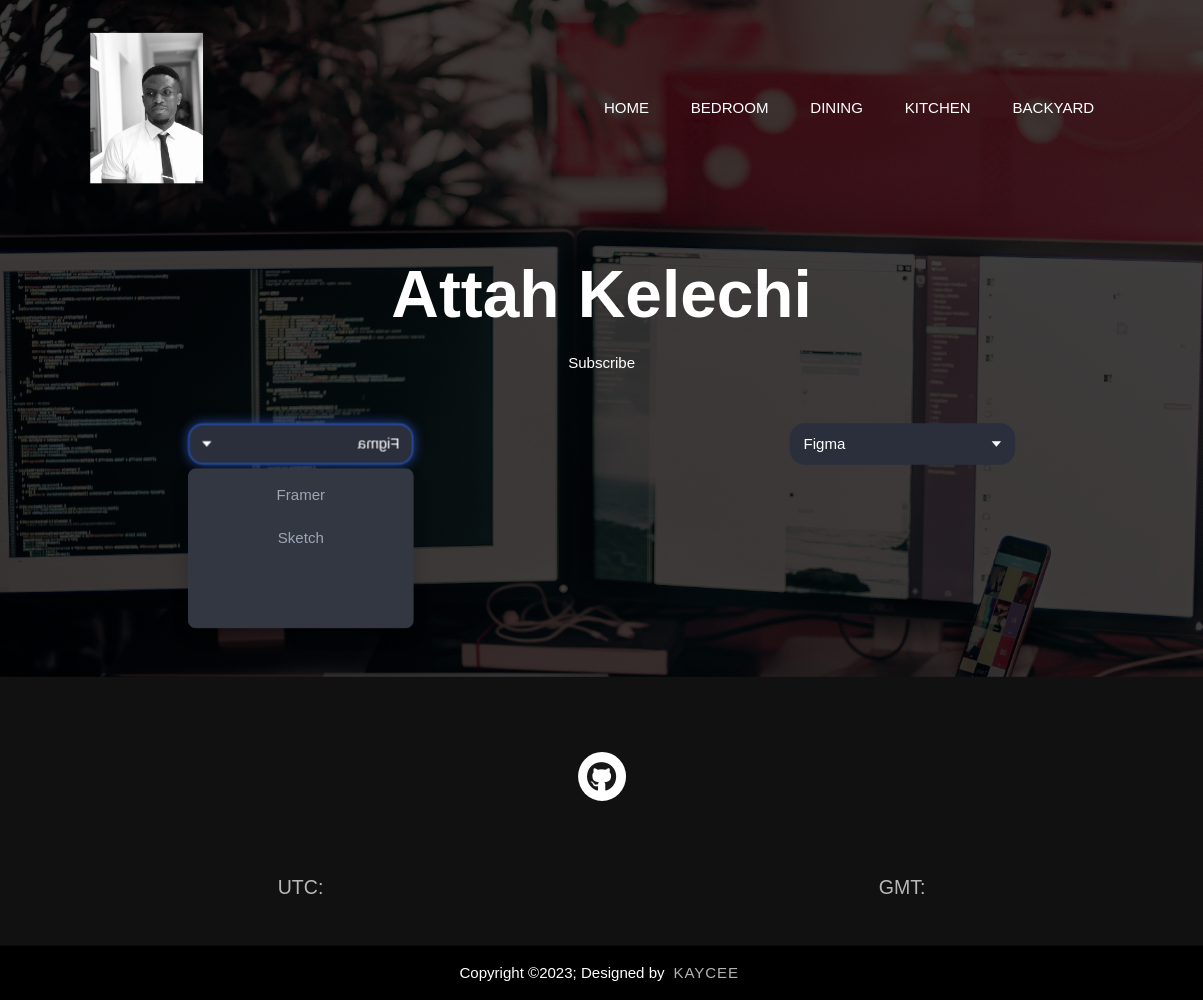
Repository: Kaycee-attah/HNG-Internship_2023
Page: index.html
The author's editor kept a copy of each file at every save. The page is drawn from the files as they stood at one save, then again after the next save.
The browser window is 1280 px wide. The pictures show the whole page, at 94% of full size.
After loading, the first visible `div.select` was clicked once.

Above is the page before, as saved 2023-09-07 10:50:55.

After the next save:
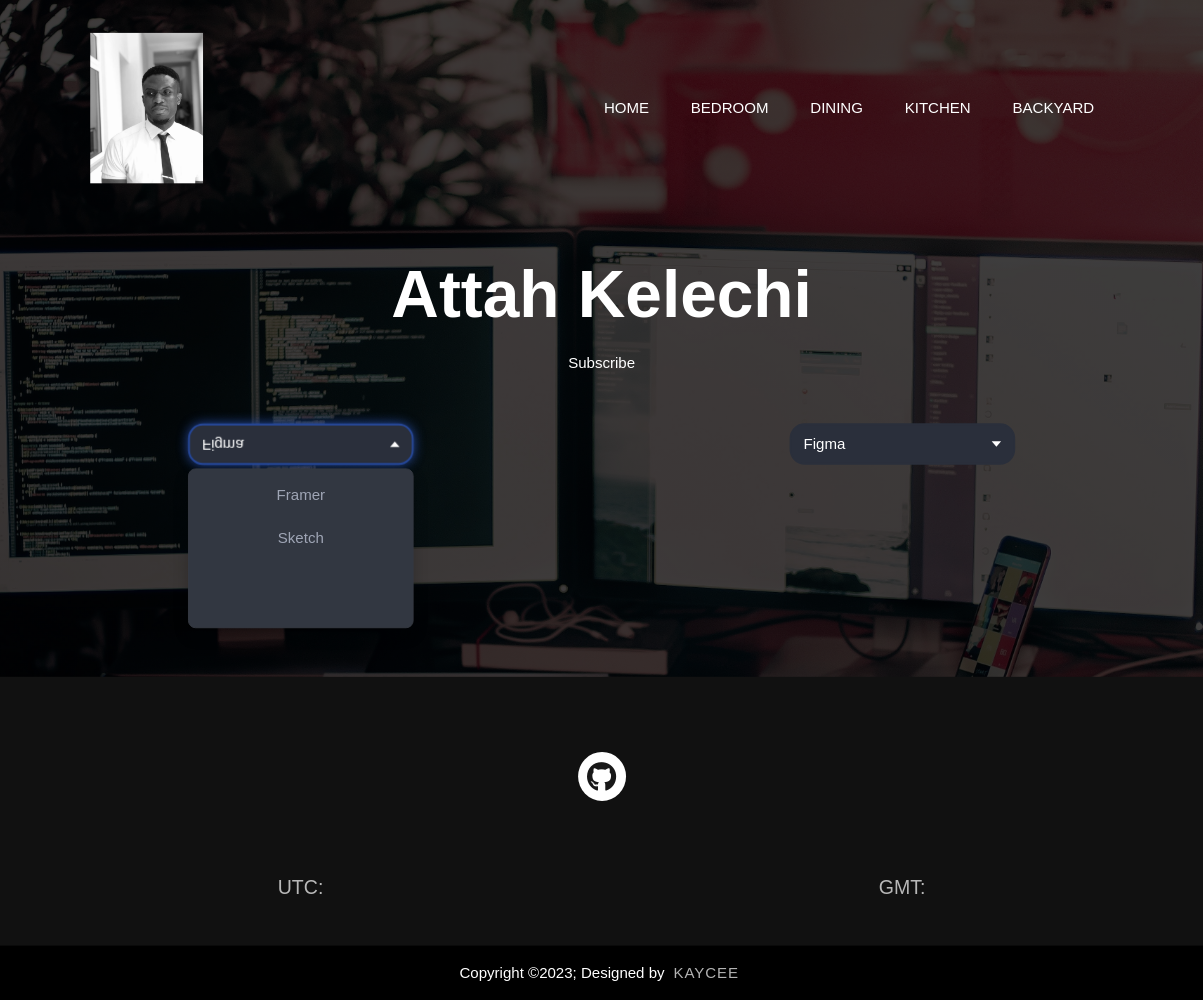
Saved 54 s later.
--- a/style.css
+++ b/style.css
@@ -121,7 +121,7 @@
 }
 
 .caret-rotate{
-    transform: rotateY(180deg);
+    transform: rotateX(180deg);
 }
 
 .menu{
